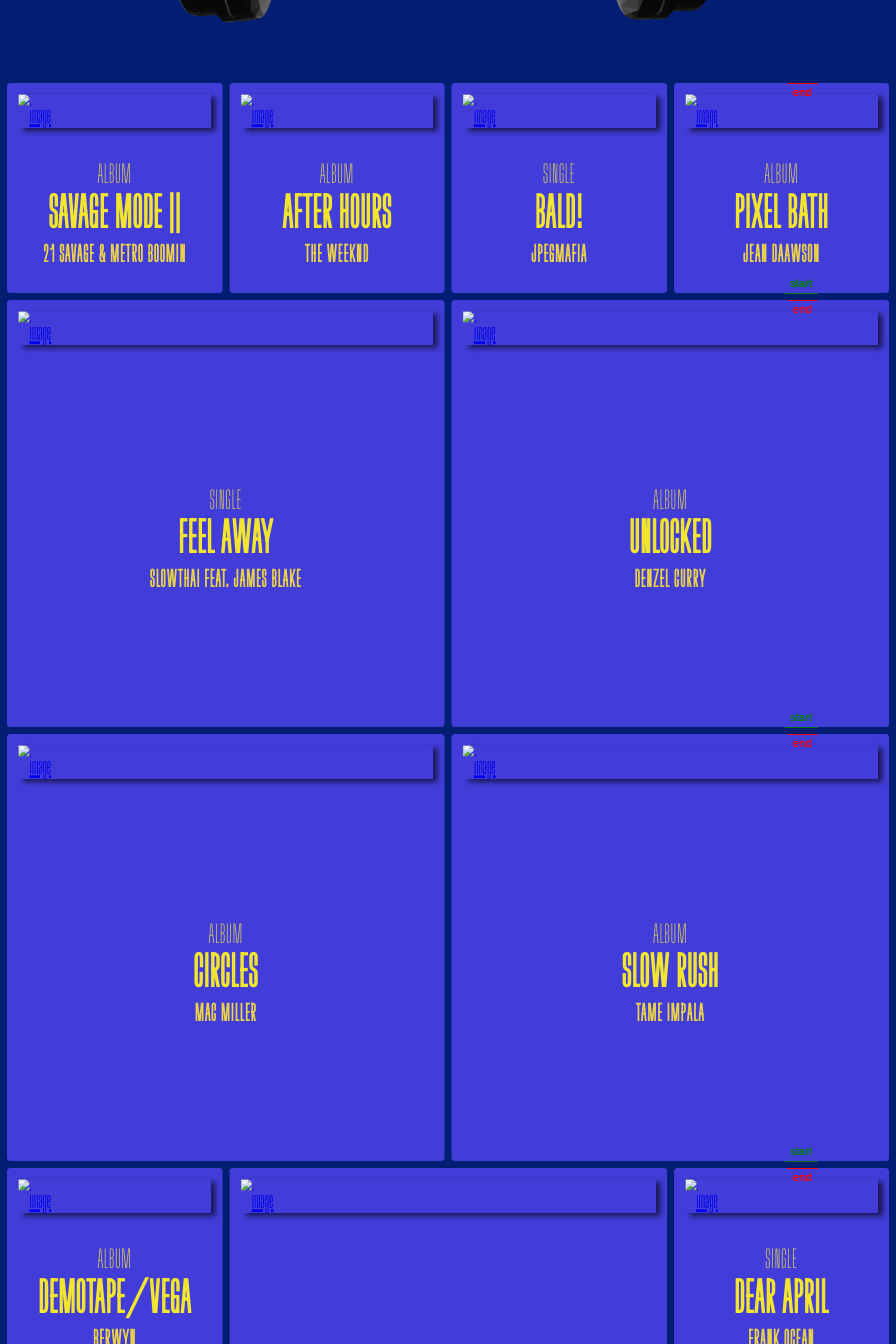
Repository: Spreceriany/musicly2020
Page: /
The author's editor kept a copy of each file at every save. The page is drawn from the files as they stood at one save, then again after the next save.
The browser window is 1280 px wide. The pictures show the part of the page from y = 641 to 2561 px (the page is 6056 px tall before and 6055 px after), at 70% of full size.
Backgrounds fixed to the window are drawn as part of the page. Some web libraries are served in a nearby version. The project was rebuilt for these pictures with package versions that can differ from the ones it lists, and the page was loaded fresh each time.

Above is the page before, as saved 2021-01-18 15:53:07.
Console error: ReferenceError: Blazy is not defined

### index.html
<!doctype html>
<html class="no-js" lang="">

<head>
  <meta charset="utf-8">
  <title></title>
  <meta name="description" content="">
  <meta name="viewport" content="width=device-width, initial-scale=1">

  <meta property="og:title" content="">
  <meta property="og:type" content="">
  <meta property="og:url" content="">
  <meta property="og:image" content="">

  <link rel="manifest" href="site.webmanifest">
  <link rel="apple-touch-icon" href="icon.png">
  <!-- Place favicon.ico in the root directory -->

  <link rel="stylesheet" href="css/main.css">

  <meta name="theme-color" content="#fafafa">
</head>

<body>

  <div class="intro-wrapper">
    <div class="intro-bg" id="intro-bg">

    </div>
    <h3 id="title">
      My favourite albums/singles of <span class="year">2020</span>
    </h3>
    <p id="title-desc">
      A collection of music I've been listening to throughout the year
    </p>
  </div>

  <div class="grid-layout">
    <div class="grid-item grid-item-1">
      <div class="image-container  data-tilt data-tilt-glare data-tilt-max-glare="0.8"">

        <a href="https://open.spotify.com/album/6wTyGUWGCilBFZ837k5aRi">
          <img data-src="img/21savage.jpg" class="b-lazy" alt="image">
        </a>
      </div>
      <div class="album-disc">
        <a href="https://open.spotify.com/album/6wTyGUWGCilBFZ837k5aRi">
          <p>Album</p>
          <h2>Savage Mode ||</h2>
          <h3>21 Savage & Metro Boomin</h3>
        </a>
      </div>
    </div>
    <div class="grid-item grid-item-2 ">
      <div class="image-container data-tilt-glare ">
        <a href="https://open.spotify.com/album/4yP0hdKOZPNshxUOjY0cZj">
        <img data-src="img/Weekend-After-Hours-p.jpg" alt="image" class="b-lazy">
      </a>
      </div>
      <div class="album-disc">
        <a href="https://open.spotify.com/album/4yP0hdKOZPNshxUOjY0cZj">
        <p>Album</p>
        <h2>After Hours</h2>
        <h3>The Weeknd</h3>
      </a>
      </div>
    </div>

    <div class="grid-item grid-item-4">
      <div class="image-container">
        <a href="https://open.spotify.com/album/7h4cJfXQZMUCzHdqh25ye6?highlight=spotify:track:5QAUGlyYPPnis3e8ln0qiz">
        <img data-src="img/jpegmafia.jpg" class="b-lazy"  alt="image" >
      </a>
      </div>
      <div class="album-disc">
        <a href="https://open.spotify.com/album/7h4cJfXQZMUCzHdqh25ye6?highlight=spotify:track:5QAUGlyYPPnis3e8ln0qiz">
        <p>Single</p>
        <h2>BALD!</h2>
        <h3>JPEGMAFIA</h3>
        </a>
      </div>
    </div>
    <div class="grid-item span-2 grid-item-5">
      <div class="image-container">
        <a href="https://open.spotify.com/album/3dkB97Zw0sisRWTn0Wokjg?highlight=spotify:track:20wMPnqHdNdBWaKRaMM7fD">
        <img data-src="img/slowthai-feel-away.jpg" class="b-lazy" alt="image" >
      </a>
      </div>
      <div class="album-disc">
        <a href="https://open.spotify.com/album/3dkB97Zw0sisRWTn0Wokjg?highlight=spotify:track:20wMPnqHdNdBWaKRaMM7fD">
        <p>Single</p>
        <h2>Feel Away</h2>
        <h3>Slowthai feat. James Blake</h3>
      </a>
      </div>
    </div>
    <div class="grid-item grid-item-6">
      <div class="image-container">
        <a href="https://open.spotify.com/album/121Hqnfr9tMBdL0LJuIstL">
        <img data-src="img/dawson.jpg" class="b-lazy"  alt="image" >
      </a>
      </div>
      <div class="album-disc">
        <a href="https://open.spotify.com/album/121Hqnfr9tMBdL0LJuIstL">
        <p>Album</p>
        <h2>Pixel Bath</h2>
        <h3>Jean Daawson</h3>
      </a>
      </div>
    </div>
    <div class="grid-item span-2 grid-item-7">
      <div class="image-container">
        <a href="https://open.spotify.com/album/5LsyqeWryTmxsmda4xkm5a">
        <img data-src="img/denzel.jpg" class="b-lazy"  alt="image" >
      </a>
      </div>
      <div class="album-disc">
        <a href="https://open.spotify.com/album/5LsyqeWryTmxsmda4xkm5a">
        <p>Album</p>
        <h2>UNLOCKED</h2>
        <h3>Denzel Curry</h3>
      </a>
      </div>
    </div>
    <div class="grid-item span-2 grid-item-8">
      <div class="image-container">
        <a href="https://open.spotify.com/album/1YZ3k65Mqw3G8FzYlW1mmp">
        <img data-src="img/circles.jpeg" class="b-lazy" alt="image" >
      </a>
      </div>
      <div class="album-disc">
        <a href="https://open.spotify.com/album/1YZ3k65Mqw3G8FzYlW1mmp">
        <p>Album</p>
        <h2>Circles</h2>
        <h3>Mac Miller</h3>
      </a>
      </div>
    </div>
    <div class="grid-item span-2 grid-item-9">

      <div class="image-container">
        <a href="https://open.spotify.com/album/31qVWUdRrlb8thMvts0yYL">
        <img data-src="img/tame_impala.jpg" class="b-lazy" alt="image" >
      </a>
      </div>
      <div class="album-disc">
        <a href="https://open.spotify.com/album/31qVWUdRrlb8thMvts0yYL">
        <p>Album</p>
        <h2>Slow Rush</h2>
        <h3>Tame Impala</h3>
      </a>
      </div>
    </div>
    <div class="grid-item grid-item-10">

      <div class="image-container">
        <a href="https://open.spotify.com/album/3SucuvOplRzjCm602c5XuK">
         <img data-src="img/berwyn.jpg" class="b-lazy" alt="image" >
        </a>
      </div>
      <div class="album-disc">
        <a href="https://open.spotify.com/album/3SucuvOplRzjCm602c5XuK">
        <p>Album</p>
        <h2>Demotape/Vega</h2>
        <h3>Berwyn</h3>
      </a>
      </div>

    </div>
    <div class="grid-item grid-item-11 span-2">
      <div class="image-container">
        <a href="https://open.spotify.com/album/66eXLlqksAwNndmHaHWtCq">
        <img data-src="img/clams_casino.jpg" class="b-lazy" alt="image" >
      </a>
      </div>
      <div class="album-disc">
        <a href="https://open.spotify.com/album/66eXLlqksAwNndmHaHWtCq">
        <p>Album</p>
        <h2>Intrumental Relics</h2>
        <h3>Clams Casino</h3>
      </a>
      </div>
    </div>
    <div class="grid-item span-2 grid-item-12">
      <div class="image-container">
        <a href="https://open.spotify.com/album/5I9K0u8r52jp4Y2bF8mOaz">
        <img data-src="img/gorillaz.jpg" class="b-lazy" alt="image" >
      </a>
      </div>
      <div class="album-disc">
        <a href="https://open.spotify.com/album/5I9K0u8r52jp4Y2bF8mOaz">
        <p>Album</p>
        <h2>Song Machine, Season One: Strange Timez</h2>
        <h3>Gorillaz</h3>
      </a>
      </div>
    </div>
    <div class="grid-item  grid-item-13">
      <div class="image-container">
        <a href="https://open.spotify.com/album/4XPUXLAWXqM3uWMTucItjd?highlight=spotify:track:62ljuuXo0zrcrtJnnOhfxT">
        <img data-src="img/dearapril.jpg" class="b-lazy" alt="image" >
      </a>
      </div>
      <div class="album-disc">
        <a href="https://open.spotify.com/album/4XPUXLAWXqM3uWMTucItjd?highlight=spotify:track:62ljuuXo0zrcrtJnnOhfxT">
        <p>Single</p>
        <h2>Dear April</h2>
        <h3>Frank Ocean</h3>
      </a>
      </div>
    </div>
    <div class="grid-item grid-item-14">
      <div class="image-container">
        <a href="https://open.spotify.com/album/0FAWfXvd58Rm2VUSZMF8pr">
        <img data-src="img/frank_cayendo.jpg" class="b-lazy"  alt="image" >
      </a>
      </div>
      <div class="album-disc">
        <a href="https://open.spotify.com/album/0FAWfXvd58Rm2VUSZMF8pr">
        <p>Single</p>
        <h2>Cayendo</h2>
        <h3>Frank Ocean</h3>
      </a>
      </div>
    </div>
    <div class="grid-item grid-item-15">
      <div class="image-container">
        <a href="https://open.spotify.com/album/7ks5r98qyspJvfoJtXgdj4?highlight=spotify:track:2nSKol7UyxwffI6jLYTuUd">
        <img data-src="img/guapdad.png" class="b-lazy" alt="image" >
      </a>
      </div>
      <div class="album-disc">
        <a href="https://open.spotify.com/album/7ks5r98qyspJvfoJtXgdj4?highlight=spotify:track:2nSKol7UyxwffI6jLYTuUd">
        <p>Single</p>
        <h2>Lil Scammer That Could</h2>
        <h3>Guapdad 4000 feat. Denzel Curry</h3>
      </a>
      </div>
    </div>
    <div class="grid-item grid-item-16">
      <div class="image-container">
        <a href="https://open.spotify.com/album/5971dUyMLcsZa7IBioI7lP?highlight=spotify:track:1iUWofqtdh9FLzZooLBDw2">
        <img data-src="img/headie.jpg" class="b-lazy" alt="image" >
      </a>
      </div>
      <div class="album-disc">
        <a href="https://open.spotify.com/album/5971dUyMLcsZa7IBioI7lP?highlight=spotify:track:1iUWofqtdh9FLzZooLBDw2">
        <p>Album</p>
        <h2>GANG</h2>
        <h3>Headie One</h3>
      </a>
      </div>
    </div>
    <div class="grid-item span-3 grid-item-17">
      <div class="image-container">
        <a href="https://open.spotify.com/album/7saSlN9qdW5wKoN4M9nNRq">
        <img data-src="img/james-blake.jpg" class="b-lazy" alt="image" >
      </a>
      </div>
      <div class="album-disc">
        <a href="https://open.spotify.com/album/7saSlN9qdW5wKoN4M9nNRq">
        <p>Ep</p>
        <h2>Covers</h2>
        <h3>James Blake</h3>
      </a>
      </div>
    </div>
    <div class="grid-item grid-item-18">
      <div class="image-container">
        <a href="https://open.spotify.com/album/5o5xRlwkhpipPC0jGi2Sm2">
        <img data-src="img/jme.jpg" class="b-lazy" alt="image" >
      </a>
      </div>
      <div class="album-disc">
        <a href="https://open.spotify.com/album/5o5xRlwkhpipPC0jGi2Sm2">
        <p>Album</p>
        <h2>Grime MC</h2>
        <h3>JME</h3>
      </a>
      </div>
    </div>
    <div class="grid-item grid-item-19">
      <div class="image-container">
        <a href="">
        <img data-src="img/lute.jpg" class="b-lazy" alt="image" >
      </a>
      </div>
      <div class="album-disc">
        <a href="">
        <p>Single</p>
        <h2>Life</h2>
        <h3>Lute</h3>
      </a>
      </div>
    </div>

    <div class="grid-item  grid-item-21">
      <div class="image-container">
        <a href="https://open.spotify.com/album/4SnWrk06dIt4ynFRLpNX6e">
        <img data-src="img/mick.png" class="b-lazy" alt="image" >
      </a>
      </div>
      <div class="album-disc">
        <a href="https://open.spotify.com/album/4SnWrk06dIt4ynFRLpNX6e">
        <p>Album</p>
        <h2>The Circus</h2>
        <h3>Mick Jenkins</h3>
      </a>
      </div>

    </div>
    <div class="grid-item span-2 grid-item-20">
      <div class="image-container">
        <a href="https://open.spotify.com/album/6a8GwYiEMrXgMvZBvuBXrt">
        <img data-src="img/limbo_amine.jpg" class="b-lazy" alt="image" >
      </a>
      </div>
      <div class="album-disc">
        <a href="https://open.spotify.com/album/6a8GwYiEMrXgMvZBvuBXrt">
        <p>Album</p>
        <h2>Limbo</h2>
        <h3>Amine</h3>
      </a>
      </div>
    </div>
    <div class="grid-item span-2 grid-item-22">
      <div class="image-container">
        <a href="https://open.spotify.com/album/35CHoLB0GEwYlOomriifC6">
        <img data-src="img/moses.jpg" class="b-lazy" alt="image" >
      </a>
      </div>
      <div class="album-disc">
        <a href="https://open.spotify.com/album/35CHoLB0GEwYlOomriifC6">
        <p>Album</p>
        <h2>grae</h2>
        <h3>Moses Sumney</h3>
      </a>
      </div>
    </div>
    <div class="grid-item grid-item-23">
      <div class="image-container">
        <a href="">
        <img data-src="img/mustafa.png" class="b-lazy" alt="image" >
      </a>
      </div>
      <div class="album-disc">
        <a href="">
        <p>Single</p>
        <h2>Air Forces</h2>
        <h3>Mustafa</h3>
      </a>
      </div>
    </div>
    <div class="grid-item grid-item-24">
      <div class="image-container">
        <a href="">
        <img data-src="img/platinum falcon.jpg" class="b-lazy" alt="image" >
      </a>
      </div>
      <div class="album-disc">
        <a href="">
        <p>Album</p>
        <h2>Platinum Falcon</h2>
        <h3>Guapdad 4000</h3>
      </a>
      </div>
    </div>
    <div class="grid-item span-2 grid-item-25">
      <div class="image-container">
        <a href="">
        <img data-src="img/motm3.jpg" class="b-lazy" alt="image" >
      </a>
      </div>
      <div class="album-disc">
        <a href="">
        <p>Album</p>
        <h2>Man on the Moon 3</h2>
        <h3>Kid Cudi</h3>
      </a>
      </div>
    </div>
    <div class="grid-item  grid-item-26">
      <div class="image-container">
        <a href="">
        <img data-src="img/yung_lean.png" class="b-lazy"   alt="image" >
      </a>
      </div>
      <div class="album-disc">
        <a href="">
        <p>Album</p>
        <h2>Starz</h2>
        <h3>Yung Lean</h3>
      </a>
      </div>
    </div>
    <div class="grid-item  grid-item-26">
      <div class="image-container">
        <a href="">
        <img data-src="img/tobi.jpg" class="b-lazy"  alt="image" >
      </a>
      </div>
      <div class="album-disc">
        <a href="">
        <p>EP</p>
        <h2>LINGO STARR</h2>
        <h3>tobi lou</h3>
      </a>
      </div>
    </div>
    <div class="grid-item  grid-item-26">
      <div class="image-container">
        <a href="">
        <img data-src="img/whiterose.jpg" class="b-lazy"  alt="image" >
      </a>
      </div>
      <div class="album-disc">
        <a href="">
        <p>Album</p>
        <h2>white ceiling</h2>
        <h3>whiterosemoxie</h3>
      </a>
      </div>
    </div>
    <div class="grid-item span-2 grid-item-26">
      <div class="image-container">
        <a href="">
        <img data-src="img/spiligion.png" class="b-lazy" alt="image" >
      </a>
      </div>
      <div class="album-disc">
        <a href="">
        <p>Album</p>
        <h2>Spligion</h2>
        <h3>Spillage Village</h3>
      </a>
      </div>
    </div>
    <div class="grid-item  grid-item-26">
      <div class="image-container">
        <a href="">
        <img data-src="img/kota.jpg" class="b-lazy" alt="image" >
      </a>
      </div>
      <div class="album-disc">
        <a href="">
        <p>Album</p>
        <h2>EVERYTHING</h2>
        <h3>Kota the Friend</h3>
      </a>
      </div>
    </div>
    <div class="grid-item  grid-item-26">
      <div class="image-container">
        <a href="">
        <img data-src="img/rapper-weed.jpg" class="b-lazy" alt="image" >
      </a>
      </div>
      <div class="album-disc">
        <a href="">
        <p>Single</p>
        <h2>Rapper Weed</h2>
        <h3>SiR</h3>
      </a>
      </div>
    </div>
    <div class="grid-item span-2 grid-item-27">
      <div class="image-container">
        <a href="">
        <img data-src="img/strokes.jpg" class="b-lazy"  alt="image" >
      </a>
      </div>
      <div class="album-disc">
        <a href="">
        <p>Album</p>
        <h2>The New Abnormal</h2>
        <h3>The Strokes</h3>
      </a>
      </div>
    </div>



  </div>




  <script src="js/vendor/modernizr-3.11.2.min.js"></script>
  <script src="js/plugins.js"></script>
  <script async src="js/main.js"></script>
  <script src="js/blazy.js"></script>
  <script src="https://cdnjs.cloudflare.com/ajax/libs/gsap/3.6.0/gsap.min.js"></script>
  <script src="https://cdnjs.cloudflare.com/ajax/libs/gsap/3.6.0/ScrollTrigger.min.js"></script>
  <script src="js/vanilla-tilt.min.js"></script>
  <!-- Google Analytics: change UA-XXXXX-Y to be your site's ID. -->
  <script>
    var blazy = new Blazy({
      offset:100
    });
  </script>

  <script type="text/javascript">
    if (window.innerWidth > 996) {
      VanillaTilt.init(document.querySelectorAll(".image-container"), {
      max: 10,
      speed: 700,
      glare:true,
      gyroscope:false,


      "max-glare":.6,
    });

    //It also supports NodeList
    VanillaTilt.init(document.querySelectorAll(".image-container"));
      }

  </script>



  <script src="https://www.google-analytics.com/analytics.js" async></script>
</body>

</html>

### css/main.css
@font-face {
  font-family: "Gt Flexa";
  src: url("../css/GT Flexa Regular.ttf");
}

* {
  -webkit-box-sizing: border-box;
          box-sizing: border-box;
  padding: 0;
  margin: 0;
}

body {
  font-family: "GT Flexa", "Segoe UI", Tahoma, Geneva, Verdana, sans-serif;
  -webkit-font-smoothing: antialiased;
  -moz-osx-font-smoothing: grayscale;
  font-display: swap;
}

.grid-layout {
  display: -ms-grid;
  display: grid;
  -ms-grid-columns: (minmax(300px, 1fr))[auto-fill];
      grid-template-columns: repeat(auto-fill, minmax(300px, 1fr));
  grid-gap: 10px;
  grid-auto-rows: minmax(300px, auto);
  grid-auto-flow: dense;
  padding: 10px;
  background-color: #021e73;
}

.grid-item {
  display: -ms-grid;
  display: grid;
  padding: 1rem;
  opacity: 0;
  font-size: 40px;
  -webkit-box-align: stretch;
      -ms-flex-align: stretch;
          align-items: stretch;
  justify-items: center;
  background-color: #423dd9;
  height: 100%;
  -webkit-transform: translateY(30px);
          transform: translateY(30px);
  color: #929796;
  border-radius: 5px;
}

.grid-item h2 {
  color: #f2e52e;
  text-transform: uppercase;
  letter-spacing: 2px;
  margin-top: -12px;
  font-size: 4.2rem;
}

.grid-item h3 {
  color: #e9d249;
  text-transform: uppercase;
  letter-spacing: 2px;
  font-size: 2.2rem;
  font-weight: 700;
}

.grid-item p {
  text-transform: uppercase;
  letter-spacing: 1px;
  color: #cabc69;
}

.grid-item:hover .image-container img {
  -webkit-transform: scale(1.02);
          transform: scale(1.02);
  -webkit-box-shadow: 5px 3px 30px 9px #000000;
  box-shadow: 0px 14px 43px 6px #000000;
}

.grid-item:hover .album-disc {
  -webkit-transform: scale(0.9);
          transform: scale(0.9);
  opacity: 0.8;
}

.span-2 {
  -ms-grid-column-span: 2;
      grid-column-end: span 2;
  -ms-grid-row-span: 2;
      grid-row-end: span 2;
}

@media (max-width: 646px) {
  .grid-layout {
    -ms-grid-columns: 1fr;
        grid-template-columns: 1fr;
  }
  .span-2 {
    grid-column-end: auto;
    grid-row-end: auto;
  }
}

img {
  width: 100%;
  height: auto;
}

.image-container {
  width: 100%;
  display: table;
}

.image-container a {
  display: -webkit-box;
  display: -ms-flexbox;
  display: flex;
}

.image-container img {
  -o-object-fit: cover;
     object-fit: cover;
  -webkit-box-shadow: 7px 4px 8px 0px rgba(0, 0, 0, 0.63);
  box-shadow: 7px 4px 8px 0px rgba(0, 0, 0, 0.63);
  -webkit-transition: -webkit-transform 0.7s ease, -webkit-box-shadow 0.7s ease;
  transition: -webkit-transform 0.7s ease, -webkit-box-shadow 0.7s ease;
  transition: transform 0.7s ease, box-shadow 0.7s ease;
  transition: transform 0.7s ease, box-shadow 0.7s ease, -webkit-transform 0.7s ease, -webkit-box-shadow 0.7s ease;
}

.album-disc {
  width: 100%;
  position: relative;
  display: -webkit-box;
  display: -ms-flexbox;
  display: flex;
  -webkit-box-orient: vertical;
  -webkit-box-direction: normal;
      -ms-flex-direction: column;
          flex-direction: column;
  -webkit-box-align: center;
      -ms-flex-align: center;
          align-items: center;
  -webkit-transition: opacity 0.7s ease, -webkit-transform 0.7s ease;
  transition: opacity 0.7s ease, -webkit-transform 0.7s ease;
  transition: opacity 0.7s ease, transform 0.7s ease;
  transition: opacity 0.7s ease, transform 0.7s ease, -webkit-transform 0.7s ease;
  margin-top: 15px;
}

.album-disc a {
  -ms-flex-item-align: center;
      -ms-grid-row-align: center;
      align-self: center;
  text-decoration: none;
  text-align: center;
  position: relative;
}

.intro-wrapper {
  width: 100%;
  min-height: 100vh;
  background-color: #021e73;
  display: -ms-grid;
  display: grid;
  z-index: 10;
  padding: 40px;
  background-position: 60% center;
  place-content: center;
  position: relative;
}

@media only screen and (max-width: 996px) {
  .intro-wrapper .intro-wrapper {
    background-position: left;
  }
}

.intro-wrapper h3 {
  opacity: 0;
  font-weight: 700;
  text-transform: uppercase;
  color: #f2e52e;
  letter-spacing: 3px;
  font-size: max(11vw, 5rem);
}

@media (max-width: 556px) {
  .intro-wrapper h3,
  .intro-wrapper p {
    line-height: 94%;
  }
}

.intro-wrapper p {
  font-size: max(5vw, 3rem);
  color: #e9d249;
  letter-spacing: 2px;
  line-height: 45px;
  opacity: 0;
}

.intro-wrapper .intro-bg {
  position: absolute;
  width: 100%;
  height: 100%;
  background-image: url("../img/sluchatka5.png");
  background-size: cover;
  background-repeat: no-repeat;
  background-position: center;
  background-attachment: fixed;
  z-index: -1;
  opacity: 0;
}

@media only screen and (max-width: 996px) {
  .intro-wrapper .intro-bg {
    background-position: left;
  }
}

.year {
  color: #021e73;
  text-shadow: 1px 0 0 #f2e52e, 0 1px 0 #f2e52e, -1px 0 0 #f2e52e, 0 -1px 0 #f2e52e;
}
/*# sourceMappingURL=main.css.map */

### js/plugins.js
// Avoid `console` errors in browsers that lack a console.
(function() {
  var method;
  var noop = function () {};
  var methods = [
    'assert', 'clear', 'count', 'debug', 'dir', 'dirxml', 'error',
    'exception', 'group', 'groupCollapsed', 'groupEnd', 'info', 'log',
    'markTimeline', 'profile', 'profileEnd', 'table', 'time', 'timeEnd',
    'timeline', 'timelineEnd', 'timeStamp', 'trace', 'warn'
  ];
  var length = methods.length;
  var console = (window.console = window.console || {});

  while (length--) {
    method = methods[length];

    // Only stub undefined methods.
    if (!console[method]) {
      console[method] = noop;
    }
  }
}());

// Place any jQuery/helper plugins in here.

### js/main.js
const timeline = gsap.timeline({ defaults: { duration: 1 } });
gsap.registerPlugin(ScrollTrigger);

ScrollTrigger.batch(".grid-item", {
  start: "bottom 50%",
  end:"top 0%",
  markers:true,
  onEnter: (batch) =>
    gsap.to(batch,
        { opacity: 1,
          stagger: 0.3,
        }),
//   onLeaveBack: (batch) => gsap.to(batch, { opacity: 0, stagger: 0.3 }),
});

timeline
  .to("#intro-bg", { scale: 1, opacity: 1, duration: 1.5 })
  .to("#title", { opacity: 1 })
  .to("#title-desc", { opacity: 1 });

Loaded but not shown: js/vendor/modernizr-3.11.2.min.js (library); js/vanilla-tilt.min.js (library); js/blazy.js (370 lines, source omitted)

After the next save:
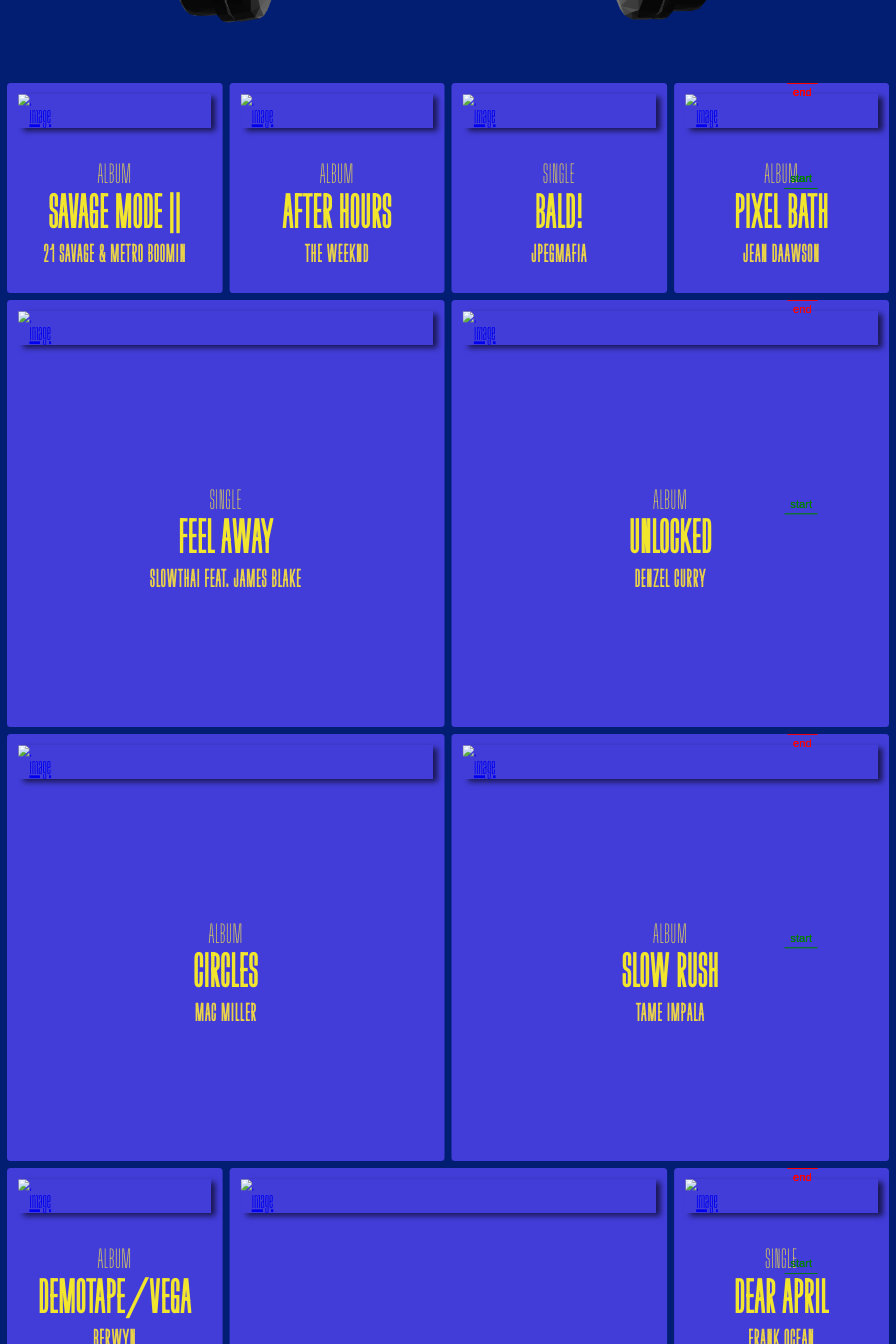
Saved 17 s later.
--- a/js/main.js
+++ b/js/main.js
@@ -2,7 +2,7 @@
 gsap.registerPlugin(ScrollTrigger);
 
 ScrollTrigger.batch(".grid-item", {
-  start: "bottom 50%",
+  start: "center 50%",
   end:"top 0%",
   markers:true,
   onEnter: (batch) =>
